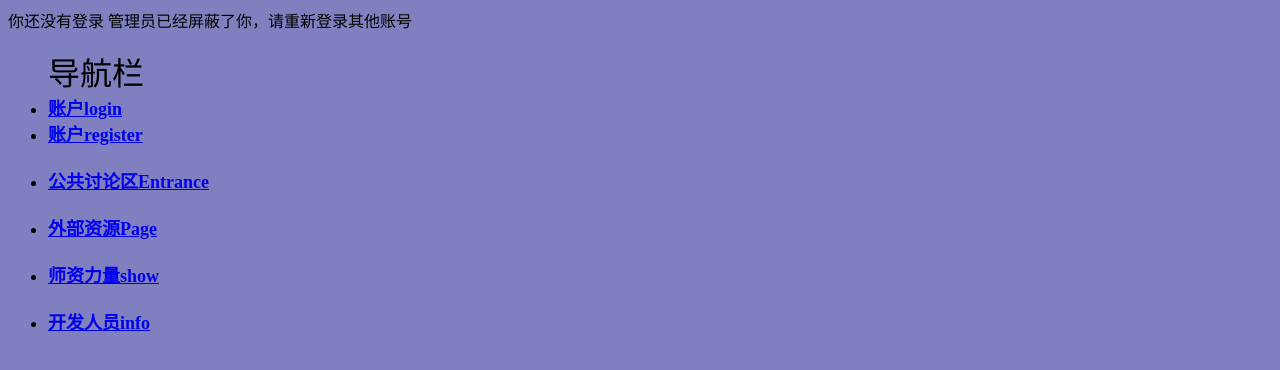
Repository: hbisheng/Academic-portal-website
Page: http://localhost/NewInfo/home_old.jsp
The author's editor kept a copy of each file at every save. The page is drawn from the files as they stood at one save, then again after the next save.
The browser window is 1280 px wide. The pictures show the whole page.
The page is served by Tomcat 9. Other server files are loaded and not shown.

Above is the page before, as saved 2014-09-21 10:22:01.

### Java_info/NewInfo/WebContent/home_old.jsp
<%@page import="edu.thu.cs.*"%>
<%@page import="jdbc.*"%>
<%@page import="java.net.*"%>
<%@page import="java.util.*"%>
<%@page import="java.text.*"%>

<%@ page language="java" contentType="text/html; charset=utf-8"
    pageEncoding="utf-8"%>
<!DOCTYPE html PUBLIC "-//W3C//DTD HTML 4.01 Transitional//EN" "http://www.w3.org/TR/html4/loose.dtd">
<html>
<head>
<meta http-equiv="Content-Type" content="text/html; charset=utf-8">
<title>Insert title here</title>
</head>
<body bgcolor= "#8080C0">

<%
	if(request.getParameter("quit")!=null)
		session.setAttribute("user", null);
	JdbcDao jdbc = new JdbcDao();
	User user = (User)session.getAttribute("user");


%>

<%
	//update user infomation
	if(user != null){
		user = jdbc.getUser(user);
		session.setAttribute("user",user);
	}
	else
	{
			out.println("你还没有登录");
	}

	if(user !=null && user.permit_login > 0){
		String info_url = "account/user_info.jsp";
		%><font size = 3 face ="微软雅黑" color="#00FFFF">
		你的账户：<%=user.account %><br>
		你的名字：<%=user.realname %><br>
		你的ID：<%=user.id %><br>
		你的昵称：<%=user.nickname %><br>
		你的生日：<%=user.birth %><br>
		你的地址：<%=user.address %><br>
		你的e_name:：<%=user.e_name %><br>
		你的e_phone:：<%=user.e_phone %><br>
		你的sex:：<%=user.sex %><br>
		你的登陆权限:：<%=user.permit_login %><br>
		你的发帖权限:：<%=user.permit_post %><br>
		你的管理员权限:：<%=user.permit_admin %><br>
		</font>
		<form name="注册"action="home.jsp" method="post"><input type="submit" value="注销" name = "quit" /></form>

		<form name="注册"action=<%=info_url%> method="post"><input type="hidden" value=<%=user.nickname%> name="user"/>
		<input type="submit" value="查看个人资料" name = "confirm" /></form><%
		}
		else{
				out.println("管理员已经屏蔽了你，请重新登录其他账号");
				user = null;
				session.removeAttribute("user");
		}
%>
<ul>
<font size = 6 face ="微软雅黑" >导航栏</font>
<font size = 4 face ="微软雅黑" >

<% if(user == null)
{
%><li><a href="account/login.jsp"><b>账户login</b></a></li><%
%><li><a href="account/register.jsp"><b>账户register</b></a></li><%
}
else{
%><br><li><a href="courses/index.jsp"><b>我的课表</b></a></li><%
}
%>

<br><li><a href="discussion/index.jsp"><b>公共讨论区Entrance</b></a></li>

<br><li><a href="resourse/index.jsp"><b>外部资源Page</b></a></li>

<br><li><a href="intro.jsp"><b>师资力量show</b></a></li>

<br><li><a href="author.jsp"><b>开发人员info</b></a></li>

<%
	if(user != null && user.permit_admin == 1)
	{
		%><br><li><a href="admin/index.jsp"><font color = "red">管理员界面</font></a> </li><%
	}
%>

</font>
</body>
</html>

Loaded but not shown: Java_info/NewInfo/src/jdbc/JdbcDao.java (883 lines, source omitted)

After the next save:
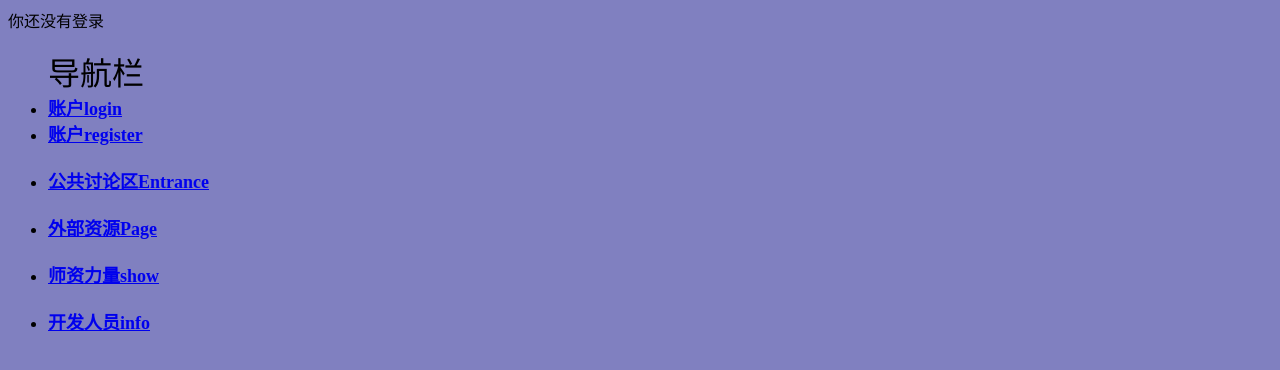
Saved 19 s later.
--- a/Java_info/NewInfo/WebContent/home_old.jsp
+++ b/Java_info/NewInfo/WebContent/home_old.jsp
@@ -28,38 +28,15 @@
 	if(user != null){
 		user = jdbc.getUser(user);
 		session.setAttribute("user",user);
+
+
 	}
 	else
 	{
 			out.println("你还没有登录");
 	}
 
-	if(user !=null && user.permit_login > 0){
-		String info_url = "account/user_info.jsp";
-		%><font size = 3 face ="微软雅黑" color="#00FFFF">
-		你的账户：<%=user.account %><br>
-		你的名字：<%=user.realname %><br>
-		你的ID：<%=user.id %><br>
-		你的昵称：<%=user.nickname %><br>
-		你的生日：<%=user.birth %><br>
-		你的地址：<%=user.address %><br>
-		你的e_name:：<%=user.e_name %><br>
-		你的e_phone:：<%=user.e_phone %><br>
-		你的sex:：<%=user.sex %><br>
-		你的登陆权限:：<%=user.permit_login %><br>
-		你的发帖权限:：<%=user.permit_post %><br>
-		你的管理员权限:：<%=user.permit_admin %><br>
-		</font>
-		<form name="注册"action="home.jsp" method="post"><input type="submit" value="注销" name = "quit" /></form>
 
-		<form name="注册"action=<%=info_url%> method="post"><input type="hidden" value=<%=user.nickname%> name="user"/>
-		<input type="submit" value="查看个人资料" name = "confirm" /></form><%
-		}
-		else{
-				out.println("管理员已经屏蔽了你，请重新登录其他账号");
-				user = null;
-				session.removeAttribute("user");
-		}
 %>
 <ul>
 <font size = 6 face ="微软雅黑" >导航栏</font>
